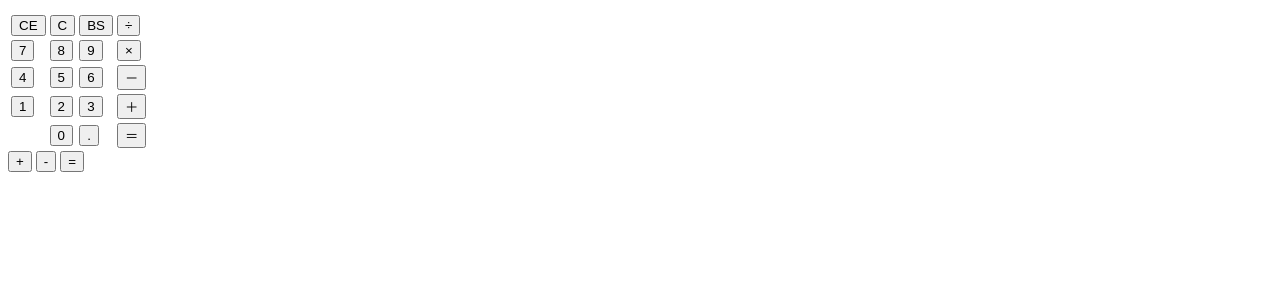
Repository: water-case/Servlet_JSP_JSPMVC
Page: workspace/JSPPrj/src/main/webapp/calc3.html
These files come from the project's save history. The page is drawn as it stood at one moment and after the next save; the edit follows.
The browser window is 1280 px wide. The pictures show the whole page.

Above is the page before, as saved 2021-08-26 03:51:33.

### workspace/JSPPrj/src/main/webapp/calc3.html
<!DOCTYPE html>
<html>
<head>
<meta charset="UTF-8">
<title>Insert title here</title>
</head>
<body>
	<div>
		<form action="calc3" method="post">
			<table>
				<tr>
					<td colspan="4"></td>
				</tr>
				<tr>
					<td><input type="submit" name="operator" value="CE" /></td>
					<td><input type="submit" name="operator" value="C" /></td>
					<td><input type="submit" name="operator" value="BS" /></td>
					<td><input type="submit" name="operator" value="÷" /></td>
				</tr>
				<tr>
					<td><input type="submit" name="operator" value="7" /></td>
					<td><input type="submit" name="operator" value="8" /></td>
					<td><input type="submit" name="operator" value="9" /></td>
					<td><input type="submit" name="operator" value="×" /></td>
				</tr>
				<tr>
					<td><input type="submit" name="operator" value="4" /></td>
					<td><input type="submit" name="operator" value="5" /></td>
					<td><input type="submit" name="operator" value="6" /></td>
					<td><input type="submit" name="operator" value="－" /></td>
				</tr>
				<tr>
					<td><input type="submit" name="operator" value="1" /></td>
					<td><input type="submit" name="operator" value="2" /></td>
					<td><input type="submit" name="operator" value="3" /></td>
					<td><input type="submit" name="operator" value="＋" /></td>
				</tr>
				<tr>
					<td></td>
					<td><input type="submit" name="operator" value="0" /></td>
					<td><input type="submit" name="operator" value="." /></td>
					<td><input type="submit" name="operator" value="＝" /></td>
				</tr>
			</table>
			<div>
				<input type="submit" name="operator" value="+" />
				<input type="submit" name="operator" value="-" />
				<input type="submit" name="operator" value="=" />
			</div>
		</form>
	</div>
</body>
</html>

After the next save:
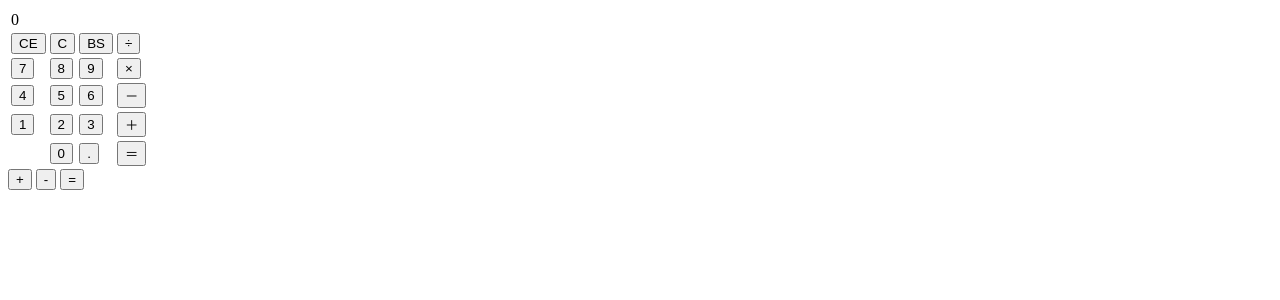
Saved 3 s later.
--- a/workspace/JSPPrj/src/main/webapp/calc3.html
+++ b/workspace/JSPPrj/src/main/webapp/calc3.html
@@ -9,7 +9,7 @@
 		<form action="calc3" method="post">
 			<table>
 				<tr>
-					<td colspan="4"></td>
+					<td colspan="4">0</td>
 				</tr>
 				<tr>
 					<td><input type="submit" name="operator" value="CE" /></td>
